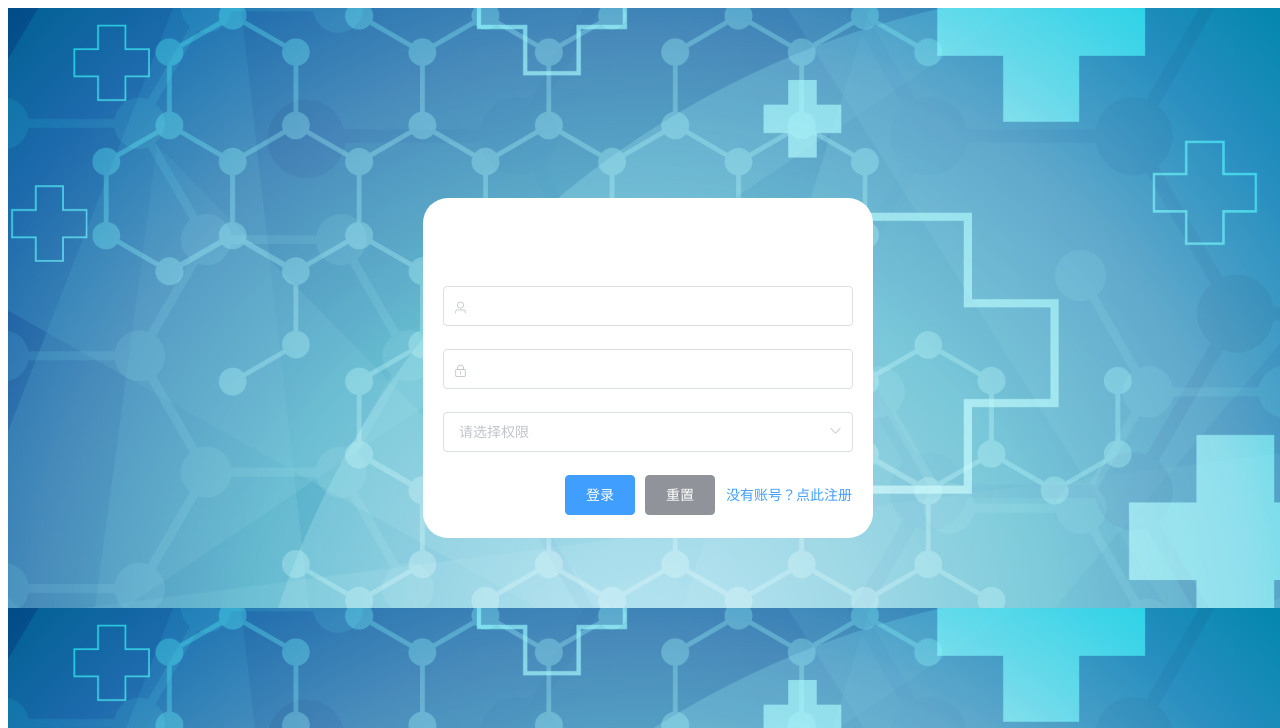
Repository: ShaoCHis/WEB-SOA-frontEnd
Page: /
These files come from the project's save history. The page is drawn as it stood at one moment and after a run of saves; the edit follows.
The browser window is 1280 px wide. The pictures show the whole page.
The project was rebuilt for these pictures with package versions that can differ from the ones it lists, and the page was loaded fresh each time. Also part of the build but not shown: src/components/test.vue, src/components/test2.vue, src/components/Register.vue, src/components/Admin/ManagePage.vue, src/components/Hospital/HMainPage.vue, src/components/Patient/MainPage.vue.

Above is the page before, as saved 2021-11-16 18:20:27.

### src/main.js
import Vue from 'vue'
import App from './App.vue'
import router from './router'
import axios from 'axios'//axios
import './plugins/element.js'
import './assets/icon/iconfont.css'
Vue.config.productionTip = false
Vue.prototype.$axios = axios//axios

new Vue({
  router,
  render: h => h(App),
  template: '<App/>'
}).$mount('#app')



//import ElementUI from 'element-ui' //element-ui的全部组件
//import 'element-ui/lib/theme-chalk/index.css'//element-ui的css
//Vue.use(ElementUI) //使用elementUI

/* eslint-disable no-new */
// new Vue({
//   el: '#app',
//   router,
//   components: { App },
//   template: '<App/>'
// })

### src/App.vue
<template>
  <div id="app">
      <router-view v-if="isRouterAlive" />
  </div>
</template>

<script>


export default {
  name:"app",
  provide(){
		return{
			reload:this.reload
		}
	},
data(){
		return{
			isRouterAlive:true
		}
	},
	methods: {
		reload() {
			this.isRouterAlive=false
			this.$nextTick(function(){
				this.isRouterAlive=true
			})
		}
  }
};
</script>

<style>
html,body,#app{

 height: 100%;

}
</style>

### src/router/index.js
import Vue from 'vue'
import Router from 'vue-router'
// import Login from '@/components/Login'
// import Result from '@/components/Result'
import Login from '../components/Login.vue'
import test from '../components/test.vue'
import test2 from '../components/test2.vue'
import Register from '../components/Register.vue'
import ManagePage from '../components/Admin/ManagePage.vue'
import HMainPage from '../components/Hospital/HMainPage.vue'
import MainPage from '../components/Patient/MainPage.vue'

Vue.use(Router)

export default new Router({
  routes: [
    { path: '/', component: Login},
    { path: '/login', component: Login},
    { path: '/register', component: Register},
    { path: '/managepage', component: ManagePage},
    { path: '/hmainpage', component: HMainPage},
    { path: '/mainpage', component: MainPage},
    { path: '/test', component: test},
    { path: '/test2', component: test2},
  ]
})

### src/plugins/element.js
import Vue from 'vue'
import 'element-ui/lib/theme-chalk/index.css'
import {
  Avatar,
  Pagination,
  Dialog,
  Autocomplete,
  Dropdown,
  DropdownMenu,
  DropdownItem,
  Menu,
  Submenu,
  MenuItem,
  MenuItemGroup,
  Input,
  InputNumber,
  Radio,
  RadioGroup,
  RadioButton,
  Checkbox,
  CheckboxButton,
  CheckboxGroup,
  Switch,
  Select,
  Option,
  OptionGroup,
  Button,
  ButtonGroup,
  Table,
  Divider,
  TableColumn,
  DatePicker,
  TimeSelect,
  TimePicker,
  Popover,
  Tooltip,
  Breadcrumb,
  BreadcrumbItem,
  Form,
  FormItem,
  Tabs,
  TabPane,
  Tag,
  Tree,
  Alert,
  Slider,
  Icon,
  Row,
  Col,
  Upload,
  Progress,
  Spinner,
  Badge,
  Card,
  Rate,
  Steps,
  Step,
  Carousel,
  CarouselItem,
  Collapse,
  CollapseItem,
  Cascader,
  ColorPicker,
  Transfer,
  Container,
  Header,
  Aside,
  Main,
  Footer,
  Timeline,
  TimelineItem,
  Link,
  Image,
  Calendar,
  Backtop,
  PageHeader,
  CascaderPanel,
  Loading,
  MessageBox,
  Message,
  Notification,
  Popconfirm
} from 'element-ui';
Vue.use(Avatar);
Vue.use(Pagination);
Vue.use(Dialog);
Vue.use(Autocomplete);
Vue.use(Dropdown);
Vue.use(DropdownMenu);
Vue.use(DropdownItem);
Vue.use(Menu);
Vue.use(Submenu);
Vue.use(MenuItem);
Vue.use(MenuItemGroup);
Vue.use(Input);
Vue.use(InputNumber);
Vue.use(Radio);
Vue.use(RadioGroup);
Vue.use(RadioButton);
Vue.use(Checkbox);
Vue.use(CheckboxButton);
Vue.use(CheckboxGroup);
Vue.use(Switch);
Vue.use(Select);
Vue.use(Option);
Vue.use(OptionGroup);
Vue.use(Button);
Vue.use(ButtonGroup);
Vue.use(Table);
Vue.use(Divider);
Vue.use(TableColumn);
Vue.use(DatePicker);
Vue.use(TimeSelect);
Vue.use(TimePicker);
Vue.use(Popover);
Vue.use(Popconfirm);
Vue.use(Tooltip);
Vue.use(Breadcrumb);
Vue.use(BreadcrumbItem);
Vue.use(Form);
Vue.use(FormItem);
Vue.use(Tabs);
Vue.use(TabPane);
Vue.use(Tag);
Vue.use(Tree);
Vue.use(Alert);
Vue.use(Slider);
Vue.use(Icon);
Vue.use(Row);
Vue.use(Col);
Vue.use(Upload);
Vue.use(Progress);
Vue.use(Spinner);
Vue.use(Badge);
Vue.use(Card);
Vue.use(Rate);
Vue.use(Steps);
Vue.use(Step);
Vue.use(Carousel);
Vue.use(CarouselItem);
Vue.use(Collapse);
Vue.use(CollapseItem);
Vue.use(Cascader);
Vue.use(ColorPicker);
Vue.use(Transfer);
Vue.use(Container);
Vue.use(Header);
Vue.use(Aside);
Vue.use(Main);
Vue.use(Footer);
Vue.use(Timeline);
Vue.use(TimelineItem);
Vue.use(Link);
Vue.use(Divider);
Vue.use(Image);
Vue.use(Calendar);
Vue.use(Backtop);
Vue.use(PageHeader);
Vue.use(CascaderPanel);

Vue.use(Loading.directive);

Vue.prototype.$loading = Loading.service;
Vue.prototype.$msgbox = MessageBox;
Vue.prototype.$alert = MessageBox.alert;
Vue.prototype.$confirm = MessageBox.confirm;
Vue.prototype.$prompt = MessageBox.prompt;
Vue.prototype.$notify = Notification;
Vue.prototype.$message = Message;

### src/assets/icon/iconfont.css
@font-face {
  font-family: "iconfont"; /* Project id 2933034 */
  src: url('iconfont.woff2?t=1636685974259') format('woff2'),
       url('iconfont.woff?t=1636685974259') format('woff'),
       url('iconfont.ttf?t=1636685974259') format('truetype');
}

.iconfont {
  font-family: "iconfont" !important;
  font-size: 16px;
  font-style: normal;
  -webkit-font-smoothing: antialiased;
  -moz-osx-font-smoothing: grayscale;
}

.icon-xiaozu:before {
  content: "\e69a";
  font-size: 18px;
  margin-right: 3px;
  margin-top:2px;
}

### src/components/Login.vue
<template>
<div>
    <div class="login_container" >
        <div class="login_box">
            <!-- 头像区域 -->
            <!-- <div class="avatar_box">
               <img src="../assets/back.jpg" alt="">
            </div> -->
            <!-- 登录表单 -->
            <el-form ref="loginFormRef" :model="loginForm" :rules="loginFormRules" label-width="0px" class="login_form">
                <!-- 用户名 -->
                <el-form-item prop="userid">
                     <el-input v-model="loginForm.userid" prefix-icon="el-icon-user"></el-input>
                </el-form-item>
                <!-- 密码 -->
                <el-form-item prop="password">
                     <el-input v-model="loginForm.password" prefix-icon="el-icon-lock"
                     type="password"></el-input>
                </el-form-item>
                <!-- 身份 -->
                <el-form-item prop="role"  >
                   <el-select v-model="loginForm.role" @change="searchSelect(loginForm.role)" placeholder="请选择权限"  style="width:100%" prefix>
                      <el-option v-for="item in options"
                       :key="item.role"
                       :label="item.label"
                       :value="item.role">
                       </el-option>
                  </el-select>
                </el-form-item>

                <!-- 按钮区域 -->
                <el-form-item class="btns">
                     <el-button type="primary" @click="login">登录</el-button>
                     <el-button type="info" @click="resetLoginForm">重置</el-button>
                     <el-button type="text" @click="register">没有账号？点此注册</el-button>
                </el-form-item>
            </el-form>

        </div>
    </div>
</div>
</template>

<script>
export default {

    data(){
        return{

           loginForm:{
                userid:'',
                password:'',
                role:'',
            },
            options: [
                     {label:"患者", role:'Patient'},
                     {label:"医院" , role:"Hospital"},
                     {label:"管理员", role:"Admin"}
                     ],

            loginFormRules:{
                userid:[{required: true, message: '请输入登录账号', trigger: "blur"},
                { min: 5, max: 10, message: '长度在 5 到 10 个字符', trigger: "blur"}],
                password:[{required: true, message: '请输入登录密码', trigger: "blur"},
                { min: 6, max: 15, message: '长度在 6 到 15 个字符', trigger: "blur"}]
            },

            searchSelect(val){
                console.log(val)
                this.value = val
                console.log(this.loginForm)
            },

        };

  },
  methods:{
      //重置按钮
      resetLoginForm(){
         // console.log(this)
          this.$refs.loginFormRef.resetFields();
      },
      login(){
          //  this.$axios
          // //查询是否有该电话
          // .post("/api/Canteen/checkCustomerandAdd",{
          //     "phone": this.username
          // })
          // .then(response=> {
          //   id = response.data;
          //   console.log(id);
          //   //以用户id登录
          //   this.$alert('登录成功！', '提示', {
          //     	confirmButtonText: '确定'
          //     });
          //     this.$router.push({
          //       path:'/Reservation/CustomPage',
          //       name:'CustomPage'
          //     });
          //     sessionStorage.setItem("userID",id);
          //     sessionStorage.setItem("customPageTitle","欢迎来到和平饭店");
          // })

         if(this.value=="Patient") this.$router.push('/mainpage');
         if(this.value=="Hospital") this.$router.push('/hmainpage');
         if(this.value=="Admin") this.$router.push('/managepage');
      },
      register(){
          this.$router.push('/register');
      },
     },
}


</script>

<style lang="less" scoped>
.login_container{
    background-color: #5c2c948c;
    background-image:url('../assets/back.jpeg');
    background-size: 100%,100%;
    height: 100%;
    width: 100%;
    position: fixed;
}

.login_box{
    width:450px;
    height:340px;
    background-color: #fff;
    border-radius: 25px;
    position:absolute;
    left:50%;
    top:50%;
    transform: translate(-50%,-50%);
    .avatar_box{
        height:110px;
        width:110px;
        border:1px solid #eee;
        border-radius:50%;
        padding:5px;
        box-shadow:0 0 2px #ddd;
        position: absolute;
        left: 50%;
        transform: translate(-50%,-50%);
        background-color: #fff;
        img{
            width:100%;
            height:100%;
            border-radius: 50%;
            background-color: #eee;
        }
    }
}
.login_form{
    position:absolute;
    bottom:0;
    width: 100%;
    padding:0 20px;
    box-sizing: border-box;

}
.btns{
   display:flex;
   justify-content: flex-end;
}
</style>

Loaded but not shown: public/index.html (common file)

After the next 2 saves:
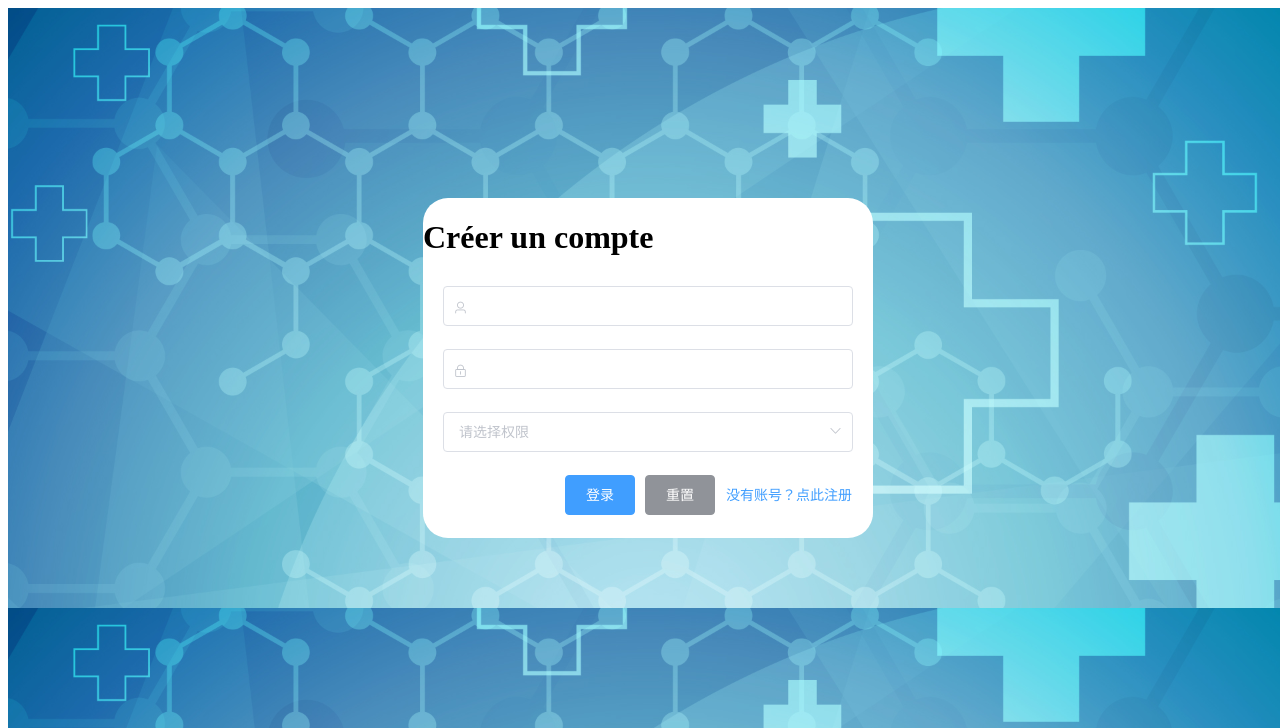
The 2 saves are shown as one change because 1 did not build or start.
The last was saved 3 min 55 s later.
--- a/src/components/Login.vue
+++ b/src/components/Login.vue
@@ -2,6 +2,9 @@
 <div>
     <div class="login_container" >
         <div class="login_box">
+            <div class="tip">
+             <h1>Créer un compte</h1>
+            </div>
             <!-- 头像区域 -->
             <!-- <div class="avatar_box">
                <img src="../assets/back.jpg" alt="">
